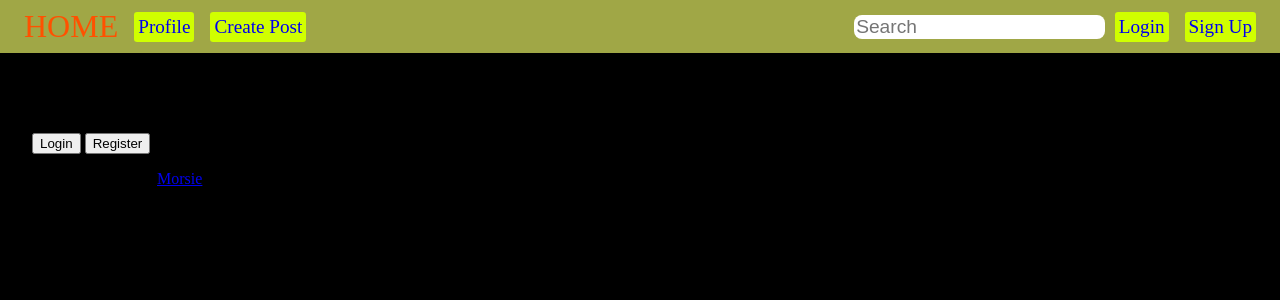
Repository: MorsChen/python-blog
Page: templates/home.html
These files come from the project's save history. The page is drawn as it stood at one moment and after the next save; the edit follows.
The browser window is 1280 px wide. The pictures show the whole page.
The page is served by the project's application, run on Flask 3 (default.py). The template is opened directly, without the code that normally fills it, so the values that code supplies are empty.

Above is the page before, as saved 2019-09-09 17:07:08.

### templates/home.html
{% extends 'index.html' %}

{% block content %}
<h1 style="text-align:center"> Hello world </h1>

{% if not current_user.is_authenticated %}
{% for post in posts %}
<li> {{post.title}} || {{post.body}} || {{post.users.username}} || {{post.created}} || {{post.updated}}
</li>

{%endfor%}
<button type="button" onclick="window.location.href=`{{url_for('login')}}`"> Login</button>
<button type="button" onclick="window.location.href=`{{url_for('register')}}`"> Register</button>
{% else %}
<h3>{{current_user.username}}</h3>
{% for post in posts %}
<li> <a href="{{url_for('single_post', id = post.id)}}">{{post.title}}</a> || {{post.body}} || {{post.users.username}} || {{post.created}} || {{post.updated}}
    <button type='button' onclick = "window.location.href=`{{url_for('editpost', id = post.id)}}`">Edit Post</button>
    <button type='button' onclick = "window.location.href=`{{url_for('new_comment', id = post.id)}}`">Comment</button>
</li>
{%endfor%}
<button type="button" onclick="window.location.href=`{{url_for('newpost')}}`"> Create New Post</button>
<button type="button" onclick="window.location.href=`{{url_for('profile')}}`"> Profile</button>
<button type="button" onclick="window.location.href=`{{url_for('logout')}}`"> Log Out</button>
{% endif %}
{% endblock %}

### templates/index.html
<!doctype html>
<html id="  ">
  <head>
    {% block head %}
    <link rel="stylesheet" href="{{ url_for('static', filename='style.css') }}">
    <title>{% block title %}{% endblock %} - My Blog Webpage</title>
    {% endblock %}
  </head>
  <body>
      <nav class="NavBar">
        <div class="nav-box-content">
            <div class="nav-box1">
                <a class="a-nav" href="{{url_for('main')}}">HOME</a>
                <a class="btn" href="{{url_for('profile')}}">Profile</a>
                <a class="btn" href="{{url_for('newpost')}}">Create Post</a>
            </div>
            <div class="nav-box2">
                <input class="ip-nav" placeholder="Search" >
                <a class="btn" href="{{url_for('login')}}">Login</a>
                <a class="btn" href="{{url_for('register')}}">Sign Up</a>

            </div>
        </div>
      </nav>

      <div id="content">
          {% with messages = get_flashed_messages(with_categories=true) %}
          <!-- Categories: success (green), info (blue), warning (yellow), danger (red) -->
          {% if messages %}
            {% for category, message in messages %}
              <div class="alert alert-{{ category }} alert-dismissible" role="alert">
              <button type="button" class="close" data-dismiss="alert" aria-label="Close"><span aria-hidden="true">&times;</span></button>
              <!-- <strong>Title</strong> --> {{ message }}
              </div>
            {% endfor %}
          {% endif %}
        {% endwith %}

    <div id="content">{% block content %}{% endblock %}</div>
    <div id="footer">
      {% block footer %}
      &copy; Copyright 2010 by <a href="http://domain.invalid/">Morsie</a>.
      {% endblock %}
    </div>
  </body>
</html>

### default.py
import os
from flask import Flask, request, render_template, redirect, url_for, flash
from flask_migrate import Migrate
from flask_sqlalchemy import SQLAlchemy
from werkzeug.security import generate_password_hash, check_password_hash
from datetime import datetime
from flask_wtf import FlaskForm
from wtforms import StringField, SubmitField, PasswordField
from wtforms.validators import DataRequired, Email, EqualTo, ValidationError, Length
from flask_login import LoginManager, UserMixin, login_user, logout_user, current_user, login_required

#setting
app = Flask(__name__)
db = SQLAlchemy(app)
app.config['SECRET_KEY']="SUPERSECRET"

migrate = Migrate(app,db)

login_manager = LoginManager(app)
login_manager.init_app(app)
login_manager.login_view = 'login'


#setting connection
POSTGRES = {
    'user': "khoa",
    'pw': "zzz",
    'db': 'bloghehe',
    'host': "localhost",
    'port': 5432,
}
app.config['SQLALCHEMY_DATABASE_URI'] = 'postgresql://%(user)s:%(pw)s@%(host)s:\
%(port)s/%(db)s' % POSTGRES







#define models

class Users(UserMixin, db.Model):
  id = db.Column(db.Integer, primary_key=True)
  username = db.Column(db.String, nullable=False, unique=True)
  email = db.Column(db.String, nullable=False, unique=True)
  password = db.Column(db.String, nullable=False)
  posts = db.relationship("Posts", backref="users", lazy="dynamic")
  comments = db.relationship("Comments", backref="users", lazy="dynamic")

  def set_pass(self,passw):
    self.password =  generate_password_hash(passw)
  def check_pass(self,passw):
    return check_password_hash(self.password,passw)

class Posts(db.Model):
  id = db.Column(db.Integer, primary_key=True)
  title = db.Column(db.String, nullable=False)
  body = db.Column(db.String, nullable=False)
  created = db.Column(db.DateTime, nullable=False)
  updated = db.Column(db.DateTime)
  author =  db.Column(db.Integer, db.ForeignKey('users.id'), nullable=False)
  comments = db.relationship('Comments', backref="posts", lazy="dynamic")

class Comments(db.Model):
  id = db.Column(db.Integer, primary_key=True)
  body = db.Column(db.String, nullable=False)
  created = db.Column(db.DateTime, nullable=False)
  updated = db.Column(db.DateTime)
  author =  db.Column(db.Integer, db.ForeignKey('users.id'), nullable=False)
  post = db.Column(db.Integer, db.ForeignKey('posts.id'), nullable=False)

db.create_all()


@login_manager.user_loader
def load_user(user_id):
    return Users.query.get(user_id)



#define forms
class Register(FlaskForm):
  username = StringField("User Name", validators=[DataRequired("Please input your username"), Length(min=3, max=20, message="username must have at least 3 char and max 20 chars")])
  email = StringField("Email address", validators=[DataRequired(), Email("Please input an appropriate email address")])
  password = StringField("Password", validators=[DataRequired(), EqualTo("confirm")])
  confirm = StringField("Password", validators=[DataRequired()])
  submit = SubmitField("Register")

  def validate_username(self, field):
        if Users.query.filter_by(username=field.data).first() :
            raise ValidationError("Your username has been registered!!")
  def validate_email(self, field):
        if Users.query.filter_by(email=field.data).first() :
            raise ValidationError("Your email has been registered!!")


class Login(FlaskForm):
  email = StringField("Email address", validators=[DataRequired(), Email("Please input an appropriate email address")])
  password = PasswordField("Password", validators=[DataRequired()])
  submit = SubmitField("Login")

class NewPost(FlaskForm):
  title = StringField("Blog Title", validators=[DataRequired(), Length(min=3,max=255, message="min 3, max 255")])
  body = StringField("Content", validators=[DataRequired(), Length(min=3,max=10000, message="min 3, max 10000")])
  submit = SubmitField("Post")

class New_comment(FlaskForm):
  body = StringField("Comment content", validators=[DataRequired(), Length(min=3, max=1000, message="min 3, max 1000")])
  submit = SubmitField("Comment")

@app.route('/register', methods=['post','get'])
def register():
  form = Register()

  if request.method=="POST":
    if form.validate_on_submit():
      new_user = Users(username = form.username.data,
                        email = form.email.data,
                        )
      new_user.set_pass(form.password.data)
      db.session.add(new_user)
      db.session.commit()
      return redirect(url_for("home"))
    else:
      for field_name, errors in form.errors.items():
          flash(errors)
      return redirect((url_for('register')))
  return render_template('register.html', form = form)

@app.route('/login', methods=['post','get'])
def login():
  form = Login()
  if request.method == 'POST':
    check = Users.query.filter_by(email=form.email.data).first()
    if check :
      if check.check_pass(form.password.data):
        login_user(check)
        return redirect(url_for("home"))
    else:
      flash(["email address not exist"])
      return redirect(url_for('register'))
  return render_template('login.html', form = form)

@app.route('/logout')
@login_required
def logout():
  logout_user()
  return redirect(url_for('login'))

@app.route('/')
def home():
  posts = Posts.query.all()
  return render_template('index.html', posts = posts)


@app.route('/newpost', methods=['post', 'get'])
@login_required
def newpost():
  form = NewPost()
  if request.method == 'POST':
    new_post = Posts(title=form.title.data,
                    body=form.body.data,
                    created = datetime.now())
    current_user.posts.append(new_post)
    db.session.add(new_post)
    db.session.commit()
    return "ok"
  return render_template('newpost.html', form=form)

@app.route('/editpost/<id>', methods=['post','get'])
@login_required
def edit_post(id):
  form = NewPost()
  post = Posts.query.filter_by(id=id, author = current_user.id).first()
  if not post:
    flash([["you are not allowed to edit this post"]])
    return redirect(url_for("home"))
  else:
    if request.method == 'POST':
      post.title = form.title.data
      post.body = form.body.data
      post.updated = datetime.now()
      db.session.commit()
      return "ok"
      # return redirect(url_for('post'))
  return render_template('editpost.html', form = form )

@app.route('/delete_post/<id>', methods=['get'])
@login_required
def delete_post(id):
  post = Posts.query.filter_by(id=id, author=current_user.id).first()
  if post:
    db.session.delete(post)
    db.session.commit()
  else:
    flash(['You are not allowed to delete this post'])
  return redirect(url_for('home'))

@app.route('/single_post/<id>', methods=['get'])
def single_post(id):
  post = Posts.query.filter_by(id=id).first()  # 1 item
  comments = post.comments.all()  # a list
  return render_template('single_post.html', post = post, comments = comments)


@app.route('/posts/<id>/comments', methods=['POST','GET'])
def new_comment(id):
  form = New_comment()
  if request.method == 'POST':
    if form.validate_on_submit():
      post = Posts.query.filter_by(id=id).first()
      c = Comments(body=form.body.data,
                    created = datetime.now(),
                    # author = current_user.id,
                    )
      current_user.comments.append(c) # autho
      post.comments.append(c)      # post
      db.session.add(c)
      db.session.commit()
      return redirect(url_for('single_post', id=id))
    else:
      for field_name, errors in form.errors.items():
          flash(errors)
      return redirect((url_for('new_comment')))
  return render_template('new_comment.html', form = form)



@app.route('/khoa', methods=['get','options',"DELETE"])
def khoa():
  if request.method == "DELETE":
    return "KHOA IS COOL"
  return "NOPE"


if __name__ == "__main__":
  app.run(debug=True, port=5001)

### static/style.css
body{
    background-color: black;
    margin: 0;
}

.NavBar {
 background-color: rgb(255, 208, 0);
}

.nav-box-content{
    display: flex;
    position: sticky;
    /* margin: 0.5rem; */
    justify-content: space-between;
    top: 0;
    padding: 0 1rem 0 1rem;
    text-align: center;
    align-items: center;
    align-content: center;
    background-color: rgba(70, 128, 136, 0.514);
    /* opacity: 0.5; */
    font-size: 3rem;
}

.nav-box1 {
    display: flex;
    text-align: center;
    align-items: center;
    align-content: center;
}

.nav-box2 {
    display: flex;
    text-align: center;
    align-items: center;
    align-content: center;
}

.a-nav {
    text-decoration: none;
    font-size: 2rem;
    color: rgb(255, 81, 0);
    margin: 0.5rem;
}

.ip-nav{
    border: none;
    font-size: 1.2rem;
    border-radius: 0.5rem;
    text-justify: center;
    margin: 0.1rem;
    padding:0,1rem;
    text-align: left;
}

.btn {
    border: none;
    text-decoration: none;
    border-radius: 0.2rem;
    background-color: rgb(208, 255, 0);
    text-align: center;
    text-justify: center;
    padding: 0.25rem;
    margin: 0.5rem;
    font-size: 1.2rem;
}

#content {
    margin: 1rem;
}

After the next save:
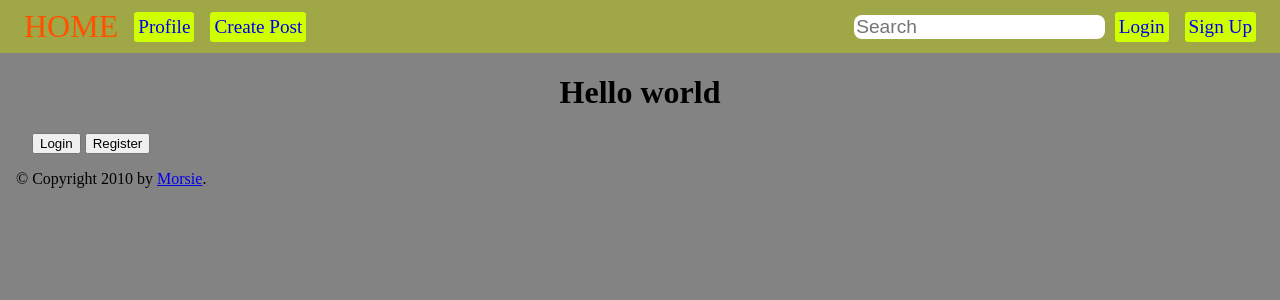
Saved 2 min 0 s later.
--- a/static/style.css
+++ b/static/style.css
@@ -1,5 +1,5 @@
 body{
-    background-color: black;
+    background-color: rgb(131, 131, 131);
     margin: 0;
 }
 
